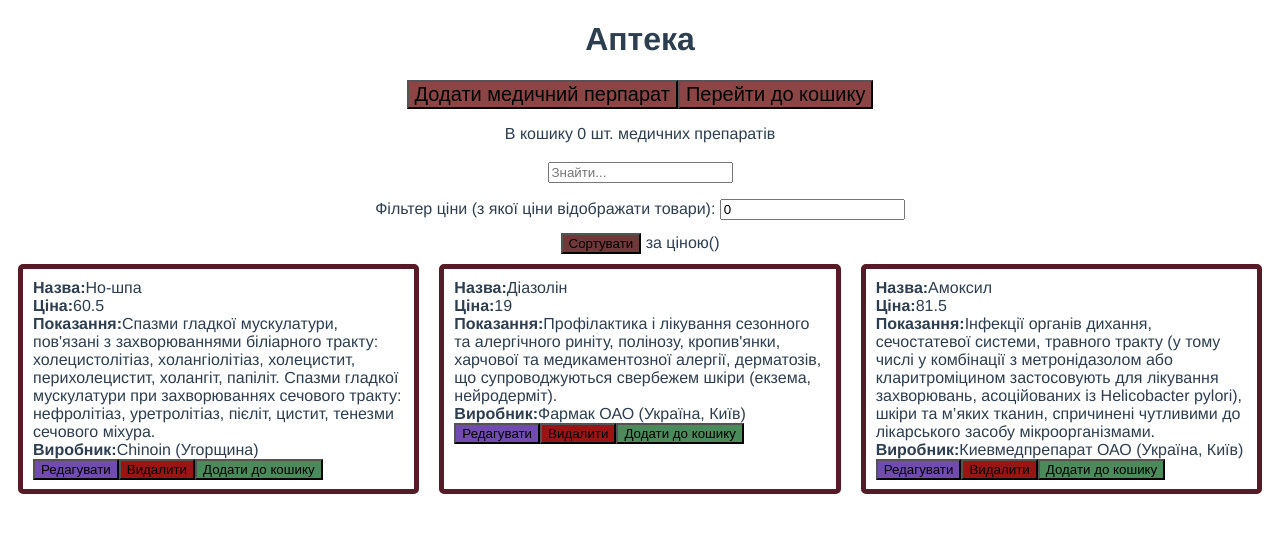
Repository: kristinap8/pharmacy
Page: /
The author's editor kept a copy of each file at every save. The page is drawn from the files as they stood at one save, then again after the next save.
The browser window is 1280 px wide. The pictures show the whole page.
The project was rebuilt for these pictures with package versions that can differ from the ones it lists, and the page was loaded fresh each time. Also part of the build but not shown: src/components/AddMedicineForm/index.vue, src/pages/AddMedicine/index.vue, src/components/EditMedicineForm/index.vue, src/pages/EditMedicine/index.vue, src/components/CartForm/index.vue, src/pages/Cart/index.vue.

Above is the page before, as saved 2020-12-10 13:29:13.

### src/main.js
import Vue from 'vue'
import App from './App.vue'
import router from "./router"
import store from "./store"

Vue.config.productionTip = false

new Vue({
  store,
  router,
  render: h => h(App),
}).$mount('#app')

### src/App.vue
<template>
  <div id="app">
    <router-view/>
  </div>
</template>

<script>
export default {
  name: "App",
  components: {},
};
</script>

<style>
#app {
  font-family: Avenir, Helvetica, Arial, sans-serif;
  -webkit-font-smoothing: antialiased;
  -moz-osx-font-smoothing: grayscale;
  color: #2c3e50;
}
</style>

### src/router.js
import Vue from "vue";
import VueRouter from "vue-router";
import AddMedicine from "@/pages/AddMedicine";
import EditMedicine from "@/pages/EditMedicine";
import AllMedicines from "@/pages/AllMedicines";
import Cart from "@/pages/Cart";

Vue.use(VueRouter);

const routes=[
    {
        path:'/',
        name:'all-medicines',
        component:AllMedicines
    },
    {
        path:'/edit_medicine/:medicine_id',
        name:'edit-medicine',
        component:EditMedicine
    },
    {
        path:'/add_medicine',
        name:'add-medicine',
        component:AddMedicine
    },
    {
        path:'/cart',
        name:'cart',
        component:Cart
    },

]

const router=new VueRouter({
    mode:"history",
    routes
});

export default router;

### src/store/index.js
import Vue from "vue";
import Vuex from "vuex";
import { v4 as uuid_v4 } from 'uuid'

Vue.use(Vuex)
const store=new Vuex.Store({
    state:{
      medicinesList:[
          {
              id:1,
              name:'Но-шпа',
              price:60.5,
              requirements:"Спазми гладкої мускулатури, пов'язані з захворюваннями біліарного тракту: холецистолітіаз, холангіолітіаз, холецистит, перихолецистит, холангіт, папіліт. Спазми гладкої мускулатури при захворюваннях сечового тракту: нефролітіаз, уретролітіаз, пієліт, цистит, тенезми сечового міхура.",
              maker:"Chinoin (Угорщина)"

          },
          {
            id:2,
            name:"Діазолін",
            price:19,
            requirements:"Профілактика і лікування сезонного та алергічного риніту, полінозу, кропив'янки, харчової та медикаментозної алергії, дерматозів, що супроводжуються свербежем шкіри (екзема, нейродерміт).",
            maker:"Фармак ОАО (Україна, Київ)"

        },
        {
            id:3,
            name:"Амоксил",
            price:81.5,
            requirements:"Інфекції органів дихання, сечостатевої системи, травного тракту (у тому числі у комбінації з метронідазолом або кларитроміцином застосовують для лікування захворювань, асоційованих із Helicobacter pylori), шкіри та м’яких тканин, спричинені чутливими до лікарського засобу мікроорганізмами.",
            maker:"Киевмедпрепарат ОАО (Україна, Київ)"

        }
      ],
      cart:[],
      cartItemsCount:0
    },
    mutations:{
        addMedicine(state, data) {
            state.medicinesList.push({
             id: uuid_v4(),
             ...data,
           })
         },
         deleteMedicine(state,id){
             let medicines=state.medicinesList.filter(medicine=>medicine.id!=id)
             state.medicinesList=medicines;
         },
         editMedicine(state,medicine){
             state.medicinesList.forEach(m=>{
                 if(m.id==medicine.id){
                     m=medicine;
                 }
             } )
         },
         addToCart(state,medicine){
            let isMedicineExists=state.cart.find(m => m.id == medicine.id);

            if (isMedicineExists) {
                isMedicineExists.quantity ++;
                isMedicineExists.totalPrice = (isMedicineExists.quantity * isMedicineExists.price).toFixed(2);
            } else {
                state.cart.push(medicine);

                Vue.set(medicine, 'quantity', 1);
                Vue.set(medicine, 'totalPrice', medicine.price);
            }
             state.cartItemsCount++
         },
         deleteItemFromCart(state,medicine){
            let index = state.cart.indexOf(medicine);
            if (index > -1) {
                let item= state.cart[index];
                if(item.quantity>1)
                {
                    state.cartItemsCount--;
                    item.quantity--;
                    item.totalPrice-=item.price;
                }
                else{
                    state.cartItemsCount -= item.quantity;
                    state.cart.splice(index, 1);
                }

            }
         }
    },
    actions:{
        addMedicine({ commit }, medicine) {
            commit('addMedicine', medicine)
         },
          deleteMedicine({commit},id){
              commit('deleteMedicine',id)
          },
          editMedicine({commit},medicine){
              commit('editMedicine',medicine)
          },
          addToCart({commit},medicine){
              commit('addToCart',medicine)
          },
          deleteItemFromCart({commit},medicine){
              commit("deleteItemFromCart",medicine)
          }

    },
    getters:{
        getMedicines:(state)=> state.medicinesList,
        getMedicineById:(state)=>(id)=>{return state.medicinesList.find(m=>m.id===id)},
        getMedicinesInCart:(state)=>state.cart,
     },
    modules:{

    }
})

export default store

### src/pages/AllMedicines/index.vue
<template>
    <div>
        <h1 class="header">Аптека</h1>
        <div class='btns'>
        <router-link to="/add_medicine" tag="button" class='add-btn'>Додати медичний перпарат</router-link>
        <router-link to="/cart" tag="button" class='cart-btn'>Перейти до кошику</router-link>
        </div>
        <p class="cart-count">В кошику {{this.$store.state.cartItemsCount}} шт. медичних препаратів</p>
     <medicines-list/>
    </div>
</template>

<script>

import MedicinesList from "../../components/MedicinesList"
    export default {
        name:"AllMedicine",
        components: {
            MedicinesList,
        },

    }
</script>

<style lang="scss" scoped>
 .header{
      text-align: center;
  }
  .cart-count{
   text-align: center;
  }
  .btns{
      text-align: center;
  }
  .add-btn{
      background:rgb(139, 69, 69);
      font-size:20px;
  }
  .cart-btn{
      background:rgb(139, 69, 69);
      font-size:20px;
  }
</style>

### src/components/MedicinesList/index.vue
<template>
    <div>
        <div class="search-filter">
          <input type="text" placeholder="Знайти..." v-model="search"/><br/>
        </div>
        <div class="price-filter">
          <label>
          Фільтер ціни (з якої ціни відображати товари):
          <input type="number" v-model="price"/>
          </label>
        </div>
        <div class="sort">
              <button id="s">Сортувати</button>
                за ціною()
        </div>
    <div class="list-container">
    <medicine-card
    v-for="medicine in getMedicines"
    :key="medicine.id"
    :id="medicine.id"
    :name="medicine.name || undefined"
    :price="medicine.price|| undefined"
    :requirements="medicine.requirements|| undefined"
    :maker="medicine.maker|| undefined"
    />
     </div>
    </div>
</template>

<script>
import { mapGetters } from 'vuex'
import MedicineCard from "./MedicineCard"
    export default {
        name:"MedicinesList",
        data() {
            return {
                search:"",
                price:0,
                sortByPriceDir:true,
                sortP:'за зростанням',

            }
        },
        components: {
        MedicineCard,
        },
        computed: {
            ...mapGetters(['getMedicines']),
              },
            methods: {


            }
    }
</script>

<style lang="scss" scoped>
  .list-container{
      display: flex;
  }
  .search-filter{
      text-align: center;
      margin:10px;
      padding: 3px;
  }
  .price-filter{
      text-align: center;
      margin:10px;
      padding: 3px;
  }
  .sort{
      text-align: center;
  }
  #s{
      background:rgb(112, 56, 56);
  }
</style>

### src/components/MedicinesList/MedicineCard/index.vue
<template>
    <div class="card-container">
    <div><b>Назва:</b>{{name}}</div>
    <div><b>Ціна:</b>{{price}}</div>
    <div><b>Показання:</b>{{requirements}}</div>
    <div><b>Виробник:</b>{{maker}}</div>
    <button @click="onEditMedicine" class="edit-btn">Редагувати</button>
    <button @click="onDeleteMedicine(id)" class="delete-btn">Видалити</button>
    <button @click="onAddToCart({id,name,price,requirements,maker})" class="add-btn">Додати до кошику</button>
    </div>
</template>

<script>
import { mapActions } from 'vuex'
  export default {
        name:"MedicineCard",
        props: {
            id: {
                type: [String,Number],
                required:true,
            },
            name: {
                type: String,
                default:"Назва препарату не вказана"
            },
            price:{
                type:[String,Number],
                default:0
            },
            requirements:{
                type:String,
                default:"Показань до застосування не вказано"
            },
            maker:{
                type:String,
                default:"Виробника не вказано"
            }

        },
        methods: {
            onDeleteMedicine(id) {
                this.$store.dispatch("deleteMedicine",id)
             },
            onEditMedicine(){
                this.$router.push({
                    name:'edit-medicine',
                    params:{medicine_id:this.id}
                })
            },
            ...mapActions(['addToCart']),
            onAddToCart(item){
                this.$store.dispatch('addToCart',item)
            }
        },
    }
</script>

<style lang="scss" scoped>
.card-container{
  width: 400px;
  height: 200px;
  border: 5px solid rgb(87, 26, 39);
  border-radius: 5px;
  padding: 10px;
  margin: 10px;
  text-align: left;
}
.add-btn{
    background:rgb(75, 138, 91)
}
.edit-btn{
    background:rgb(114, 75, 177)
}
.delete-btn{
    background:rgb(153, 21, 21)
}
</style>

Loaded but not shown: public/index.html (common file)

After the next save:
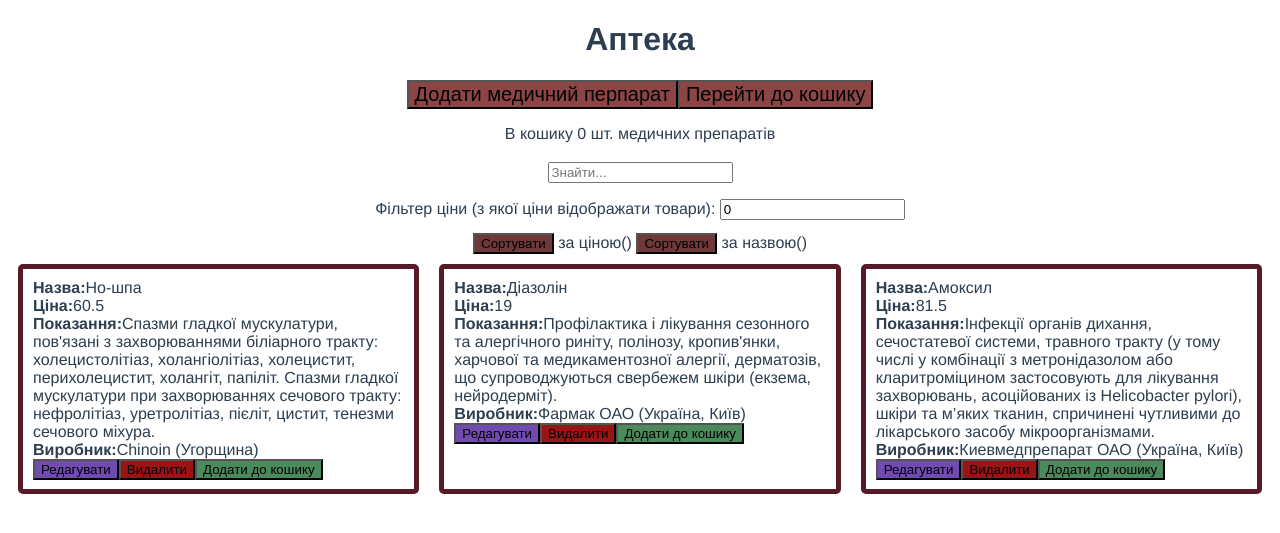
Saved 54 s later.
--- a/src/components/MedicinesList/index.vue
+++ b/src/components/MedicinesList/index.vue
@@ -12,6 +12,8 @@
         <div class="sort">
               <button id="s">Сортувати</button>
                 за ціною()
+              <button id="s">Сортувати</button>
+                за назвою()
         </div>
     <div class="list-container">
     <medicine-card
